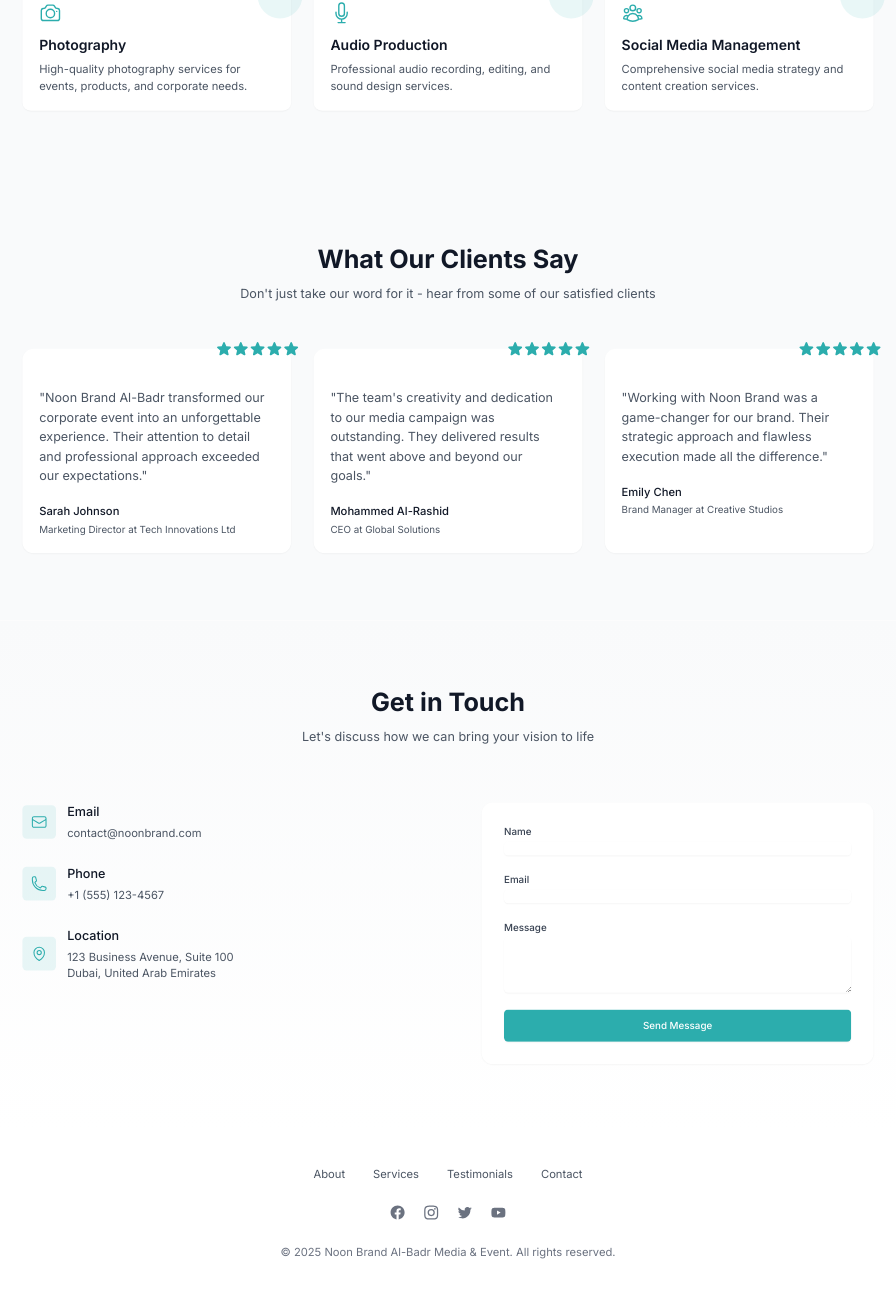
Repository: omartetano99/nb-albadr-website
Page: /
The author's editor kept a copy of each file at every save. The page is drawn from the files as they stood at one save, then again after the next save.
The browser window is 1280 px wide. The pictures show the part of the page from y = 1726 to 3646 px (the page is 3574 px tall before and 3646 px after), at 70% of full size.
The project was rebuilt for these pictures with package versions that can differ from the ones it lists, and the page was loaded fresh each time. The framework's server and built-in components were replaced by stand-ins that run in the browser. Also part of the build but not shown: next.config.mjs.

Above is the page before, as saved 2025-01-31 16:44:40.

After the next save:
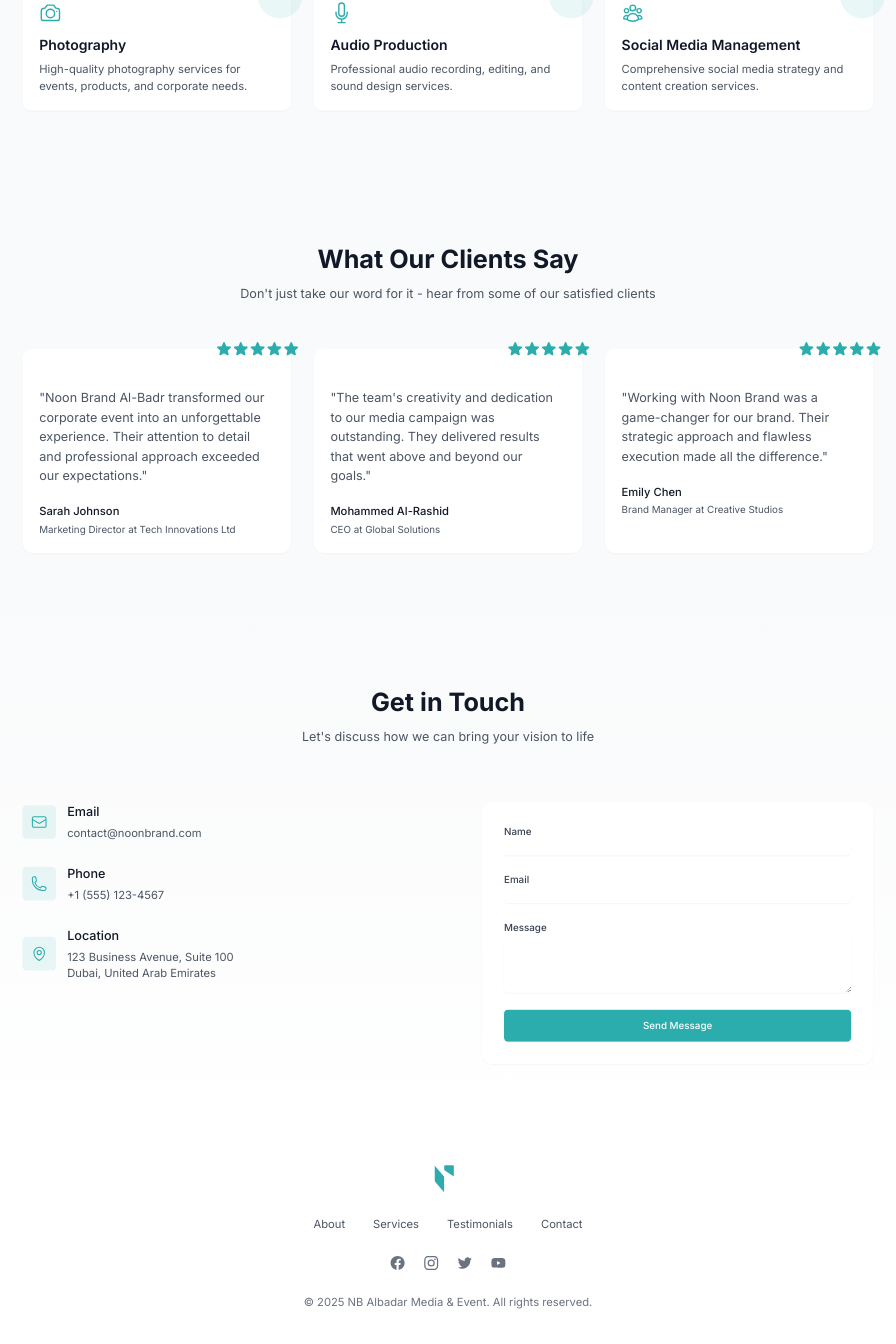
Saved 16 s later.
--- a/src/components/Footer.tsx
+++ b/src/components/Footer.tsx
@@ -2,6 +2,7 @@
 
 import Link from 'next/link'
 import { motion } from 'framer-motion'
+import Image from 'next/image'
 
 const navigation = {
   main: [
@@ -72,8 +73,17 @@ export function Footer() {
           viewport={{ once: true }}
           transition={{ duration: 0.5 }}
         >
+          <div className="flex justify-center">
+            <Image
+              src="/logo-nb.svg"
+              alt="NB Albadar Logo"
+              width={40}
+              height={40}
+              className="h-10 w-auto dark:invert"
+            />
+          </div>
           <nav
-            className="-mx-5 -my-2 flex flex-wrap justify-center"
+            className="-mx-5 -my-2 flex flex-wrap justify-center mt-6"
             aria-label="Footer"
           >
             {navigation.main.map((item) => (
@@ -100,7 +110,7 @@ export function Footer() {
             ))}
           </div>
           <p className="mt-8 text-center text-base text-gray-500 dark:text-gray-400">
-            &copy; {new Date().getFullYear()} Noon Brand Al-Badr Media & Event. All rights
+            &copy; {new Date().getFullYear()} NB Albadar Media & Event. All rights
             reserved.
           </p>
         </motion.div>
